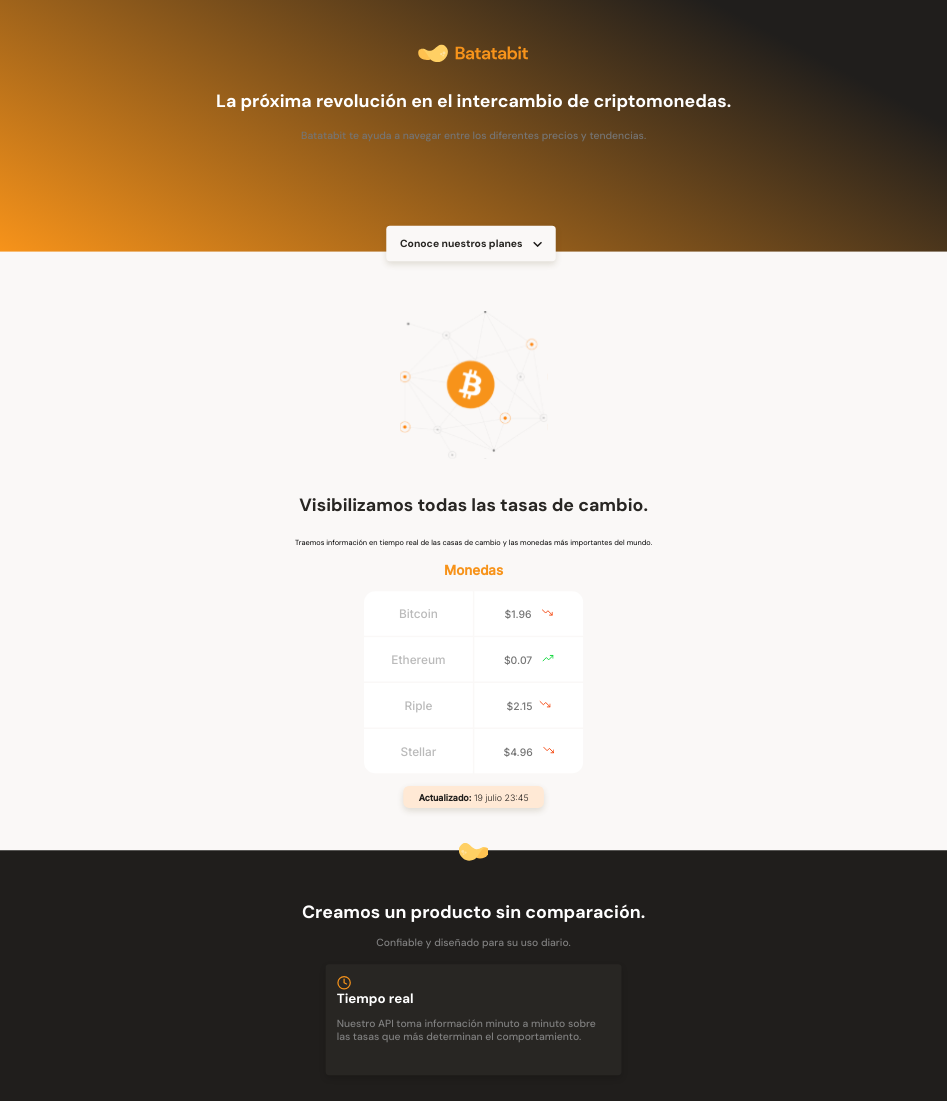
Repository: elto82/mobileFirst
Page: index.html
These files come from the project's save history. The page is drawn as it stood at one moment and after the next save; the edit follows.
The browser window is 1280 px wide. The pictures show the whole page, at 74% of full size.
Some web fonts or font styles are not loaded; a fallback is used.

Above is the page before, as saved 2022-06-08 18:34:43.

### index.html
<!DOCTYPE html>
<html lang="en">
  <head>
    <meta charset="UTF-8" />
    <meta http-equiv="X-UA-Compatible" content="IE=edge" />
    <meta name="viewport" content="width=device-width, initial-scale=1.0" />
    <link rel="preconnect" href="https://fonts.googleapis.com" />
    <link rel="preconnect" href="https://fonts.gstatic.com" crossorigin />
    <link
      href="https://fonts.googleapis.com/css2?family=DM+Sans:wght@400;500;700&family=Inter:wght@300;500&family=Poppins:ital,wght@0,300;1,400;1,600&family=Quicksand:wght@300;500;700&family=Roboto:wght@400;700&family=Rubik+Beastly&display=swap"
      rel="stylesheet"
    />
    <link rel="stylesheet" href="./style.css">
    <title>Document</title>
  </head>
  <body>
    <header>
        <img src="./assets/img/logo.svg" alt="">
        <div class="header-title-container">
            <h1>La próxima revolución en el intercambio de criptomonedas.</h1>
            <p>Batatabit te ayuda a navegar entre los diferentes precios y tendencias.  </p>
            <a href="" class="header-button">Conoce nuestros planes <span></span></a>
        </div>
    </header>
    <main>
      <section class="main-exchange-container">
          <div class="backgroundImg"></div>
          <div class="main-exchange-conintainer--title">
            <h2>Visibilizamos todas las tasas de cambio.</h2>
            <p>Traemos información en tiempo real de las casas de cambio y las monedas más importantes del mundo.</p>
          </div>
          <section class="main-tables-container">
              <div class="main-currency-table">
                <p class="currency-table--title">Monedas</p>
                <div class="currency-table--container">
                  <table>
                    <tr>
                      <td class="table__top-left">Bitcoin</td>
                      <td class="table__top-right table__right" >$1.96 <span class="down"></span></td>
                    </tr>
                    <tr>
                      <td>Ethereum</td>
                      <td class="table__right">$0.07 <span class="up"></span></td>
                    </tr>
                    <tr>
                      <td>Riple</td>
                      <td class="table__right">$2.15<span class="down"></span></td>
                    </tr>
                    <tr>
                      <td class="table__bottom-left">Stellar</td>
                      <td class="table__botton-right table__right">$4.96 <span class="down"></span></td>
                    </tr>
                  </table>
                </div>
                <div class="currency-table--date">
                  <p><b> Actualizado:</b> 19 julio 23:45</p>
                </div>
              </div>
          </section>
      </section>

      <section class="main-product-detail">
        <span class="product-detail--batata-logo"></span>
        <div class="product-detail--title">
          <h2>Creamos un producto sin comparación.</h2>
          <p>Confiable y diseñado para su uso diario.</p>
        </div>
        <section class="product-cards--container">
          <article class="product-detail--card">
            <span class="clock"></span>
            <p class="product--card-title">Tiempo real</p>
            <p class="product--card-body">Nuestro API toma información minuto a minuto sobre las tasas que más determinan el comportamiento.</p>
          </article>
        </section>

      </section>
      <section></section>
      <section></section>
    </main>
    <footer></footer>
  </body>
</html>

### style.css
/*
1. Posicionamiento
2. Modelo de caja (box model)
3. Tipografia
4.Visuales
5. Otros
*/
:root{
    /* colores */
    --bitcoin-orange:#f7931a;
    --soft-orange: #ffe9d5;
    --secondary-blue:#1a9af7;
    --soft-blue: #e7f5ff;
    --warm-black: #201e1c;
    --black:#282623;
    --grey:#bababa;
    --off-white:#faf8f7;
    --just-white:#fff;

}
*{
    box-sizing: border-box;
    margin: 0;
    padding: 0;
}
html{
    font-size: 62.5%;
    font-family: 'DM Sans', sans-serif;;
}
header{
    position: relative;
    display: flex;
    flex-direction: column;
    justify-content: center;
    width: 100%;
    min-width: 32rem;
    height: 34rem;
    text-align: center;
    background: linear-gradient(207.8deg, #201e1c 16.69%, #f7931a 100%);
}
header img{
    width: 15rem;
    height: 2.4rem;
    margin-top: 6rem;
    align-self: center;
}
.header-title-container{
    width: 90%;
    min-width: 28.8rem;
    max-width: 90rem;
    height: 21.8rem;
    margin-top: 4rem;
    text-align: center;
    align-self: center;
}
.header-title-container h1{
    font-size: 2.4rem;
    font-weight: bold;
    line-height: 2.6rem;
    color: var(--just-white);
}
.header-title-container p{
    margin-top: 2.5rem;
    font-size: 1.4rem;
    font-weight: 500;
    line-height: 1.8rem;
    color: var(--soft-orange);
}
.header-title-container .header-button{
    position: absolute;
    left: calc(50% - 11.8rem);
    top: 27rem;
    display: block;
    margin-top: 3.5rem;
    padding: 1.5rem;
    width: 22.9rem;
    height: 4.8rem;
    background-color: var(--off-white);
    box-shadow: 0px 4px 8px rgba(89, 73, 30, 0.16);
    border: none;
    border-radius: 0.5rem;
    font-size: 1.4rem;
    font-weight: bold;
    text-decoration: none;
    color: var(--black);
}
.header-button span{
    display: inline-block;
    width: 1.3rem;
    height: 0.8rem;
    margin-left: 1rem;
    background-image: url('./assets/icons/down-arrow.svg');
}
main{
    width: 100%;
    height: auto;
    background-color: var(--off-white);
}
.main-exchange-container{
    width: 100%;
    height: auto;
    padding-top: 8rem;
    padding-bottom: 3rem;
    text-align: center;
}
.main-exchange-conintainer--title{
    width: 90%;
    min-width: 28.8rem;
    max-width: 90rem;
    margin: 0 auto;
}
.main-exchange-container .backgroundImg{
    width: 20rem;
    height: 20rem;
    margin: 0 auto;
    margin-bottom: 5rem;
    background-image: url('./assets/img/Bitcoin.svg');
    background-size: cover;
    background-position: center;
    background-repeat: no-repeat;
}
.main-exchange-container h2{
    margin-bottom: 3rem;
    font-size: 2.4rem;
    font-weight: bold;
    line-height: 2.6rem;
    color: var(--black);
}
.header-title-container p{
    margin-bottom: 3rem;
    font-size: 1.4rem;
    font-weight: 500;
    line-height: 1.6rem;
    color: #757575;
}
.main-currency-table{
    width: 70%;
    min-width: 23.5rem;
    max-width: 50re;
    height: 36rem;
    margin: 0 auto;
    font-family: 'Inter', 'sans-serif';
}
.main-currency-table .currency-table--title{
    margin-top: 2rem;
    margin-bottom: 1.5rem;
    font-size: 1.8rem;
    font-weight: bold;
    line-height: 2.3rem;
    color: var(--bitcoin-orange);
}
.currency-table--container{
    width: 90%;
    min-width: 23rem;
    max-width: 30rem;
    height: 25rem;
    margin: 0 auto;
}
.currency-table--container table{
    width: 100%;
    height: 100%;
}
.currency-table--container td{
    width: 50%;
    font-size: 1.6rem;
    font-weight: 500;
    line-height: 1.9rem;
    color: var(--grey);
    background-color: var(--just-white);
}
.currency-table--container .table__top-left{
    border-radius: 1.5rem 0 0 0;
}
.currency-table--container .table__top-right{
    border-radius: 0 1.5rem 0 0;
}
.currency-table--container .table__bottom-left{
    border-radius: 0 0 0 1.5rem;
}
.currency-table--container .table__botton-right{
    border-radius: 0 0 1.5rem 0;
}
.currency-table--container .table__right{
    font-size: 1.4rem;
    font-weight: normal;
    line-height: 1.7rem;
    color: #757575;
}
.currency-table--container .down{
    display: inline-block;
    width: 1.5rem;
    height: 1.5rem;
    margin-left: 1rem;
    background-image: url('./assets/icons/trending-down.svg');
    background-size: cover;
    background-position: center;
    background-repeat: no-repeat;
}
.currency-table--container .up{
    display: inline-block;
    width: 1.5rem;
    height: 1.5rem;
    margin-left: 1rem;
    background-image: url('./assets/icons/trending-up.svg');
    background-size: cover;
    background-position: center;
    background-repeat: no-repeat;
}
.currency-table--date{
    width: 19rem;
    height: 3rem;
    margin: 0 auto;
    margin-top: 1.5rem;
    padding: 0.8rem;
    background-color: var(--soft-orange);
    border-radius: 0.8rem;
    box-shadow: 0px 4px 8px rgba(89, 73, 30, 0.16);
}
.currency-table--date p{
    font-weight: 300;
    font-size: 1.2rem;
    line-height: 1.5rem;
    color: var(--warm-black);
}
.main-product-detail{
    position: relative;
    width: 100%;
    min-width: 32rem;
    height: auto;
    padding: 2rem 1rem;
    background-color: var(--warm-black);
}
.product-detail--batata-logo{
    position: absolute;
    width: 4rem;
    height: 2.5rem;
    top: -1rem;
    left: calc(50% - 2rem);
    background-image: url('./assets/icons/batata.svg');

}
.product-detail--title{
    width: 90%;
    min-width: 28.8rem;
    height: auto;
    margin: 0 auto;
    margin-top: 5rem;
    text-align: center;
}
.product-detail--title h2{
    margin-bottom: 2rem;
    font-size: 2.4rem;
    font-weight: bold;
    line-height: 2.6rem;
    color: var(--just-white);
}
.product-detail--title p{
    margin-bottom: 2rem;
    font-size: 1.4rem;
    font-weight: 500;
    line-height: 1.8rem;
    color: #808080;
}
.product-detail--card{
    width: 90%;
    min-width: 28.8rem;
    max-width: 40rem;
    height: 15rem;
    margin: 1.5rem auto;
    padding: 1.5rem;
    background-color: var(--black);
    border-radius: 0.5rem;
    box-shadow: 0 4px 8px rgba(0, 0, 0, 0.16);
}
.product-detail--card .clock{
    display: inline-block;
    width: 2rem;
    height: 2rem; ;
    background-image: url('./assets/icons/clock.svg');
    background-size: cover;
    background-position: center;
    background-repeat: no-repeat;
}
.product--card-title{
    margin-bottom: 1.5rem;
    font-size: 1.8rem;
    font-weight: bold;
    line-height: 1.8rem;
    color: var(--just-white);
}
.product--card-body{
    font-size: 1.4rem;
    font-weight: 500;
    line-height: 1.8rem;
    color: #808080;
}

After the next save:
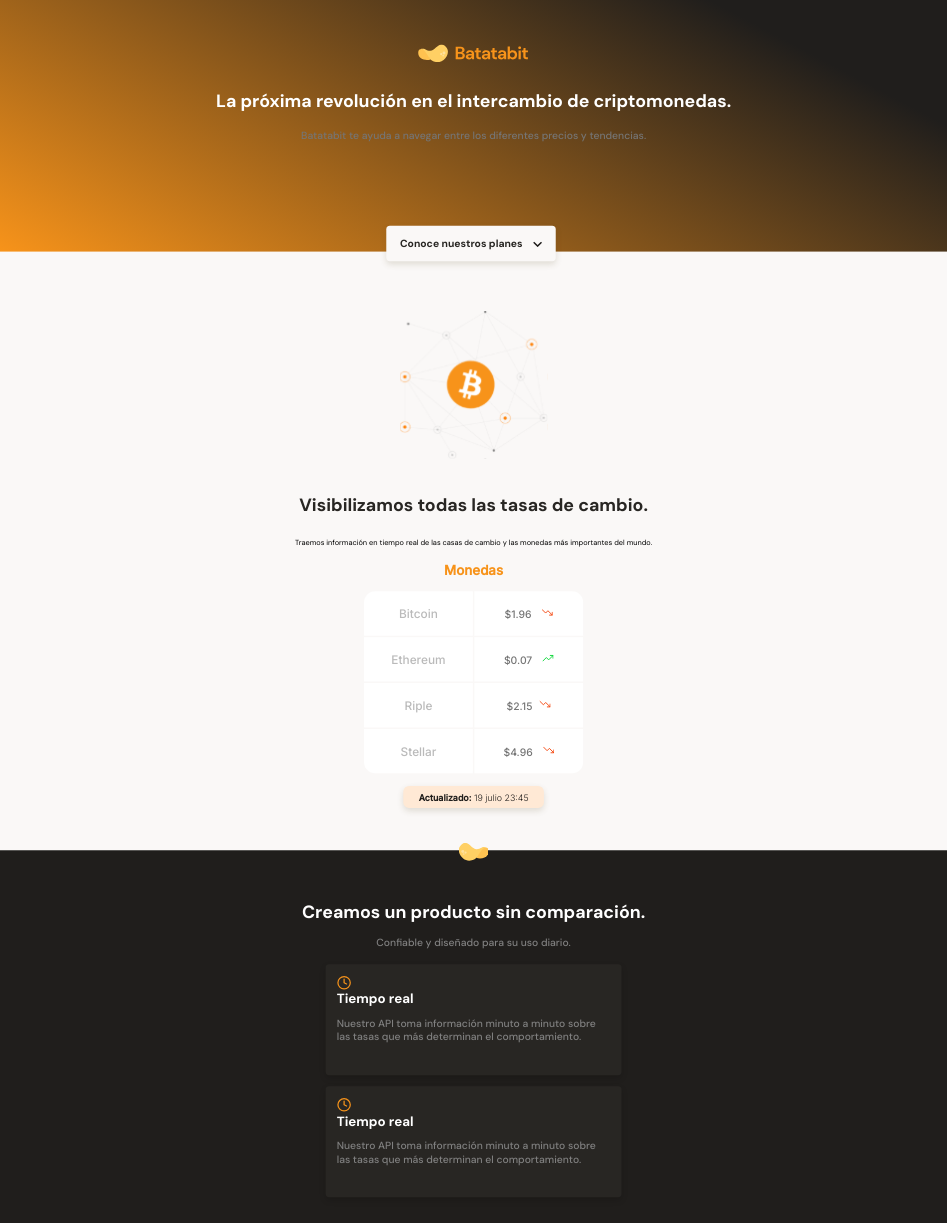
Saved 99 s later.
--- a/index.html
+++ b/index.html
@@ -71,6 +71,11 @@
             <p class="product--card-title">Tiempo real</p>
             <p class="product--card-body">Nuestro API toma información minuto a minuto sobre las tasas que más determinan el comportamiento.</p>
           </article>
+          <article class="product-detail--card">
+            <span class="clock"></span>
+            <p class="product--card-title">Tiempo real</p>
+            <p class="product--card-body">Nuestro API toma información minuto a minuto sobre las tasas que más determinan el comportamiento.</p>
+          </article>
         </section>
 
       </section>
